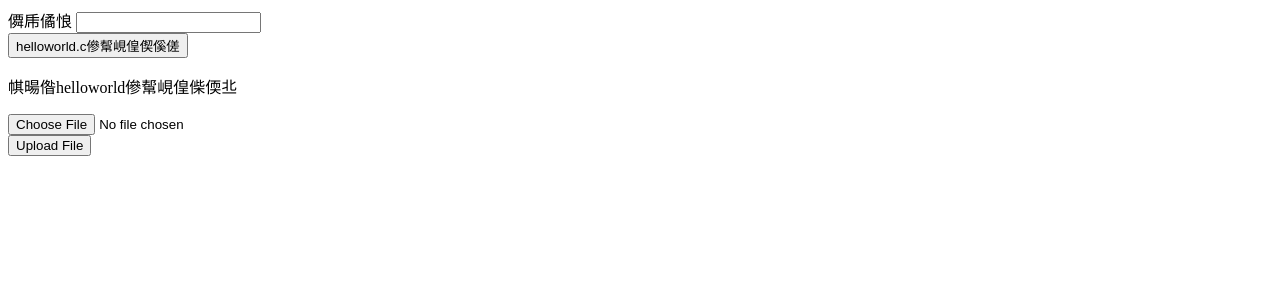
Repository: orakaro/GraduationProject
Page: Eclipse Workplace/DatabaseConnect/Login form.html
An editor plug-in stored every save of this project. The page is shown before and after the next save, followed by the edit.
The browser window is 1280 px wide. The pictures show the whole page.

Above is the page before, as saved 2010-07-16 06:45:03.

### Eclipse Workplace/DatabaseConnect/Login form.html
<html>
<head>
</head>
<body>
		<form name="form1" action="http://localhost:8080/DatabaseConnect/servlets/sori" method="POST">
		僲乕僪悢
			<input type="text" name="nodeNum">
			<br>
			<input type="submit" value="helloworld.c傪幚峴偟偰傒傞">
		</form>
<p>帺暘偺helloworld傪幚峴偟偨偄丠</p>
		<form action="http://localhost:8080/DatabaseConnect/servlets/FileUploaded" enctype="multipart/form-data" method="POST">
			<input type="file" name="file1"><br>
			<input type="Submit" value="Upload File"><br>
		</form>
</body>
</html>

After the next save:
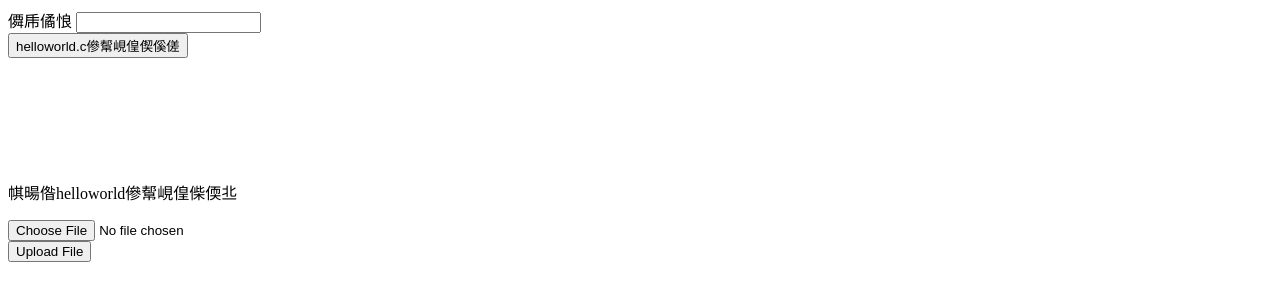
Saved 7 min 8 s later.
--- a/Eclipse Workplace/DatabaseConnect/Login form.html
+++ b/Eclipse Workplace/DatabaseConnect/Login form.html
@@ -8,6 +8,7 @@
 			<br>
 			<input type="submit" value="helloworld.c傪幚峴偟偰傒傞">
 		</form>
+<br><br><br><br><br>
 <p>帺暘偺helloworld傪幚峴偟偨偄丠</p>
 		<form action="http://localhost:8080/DatabaseConnect/servlets/FileUploaded" enctype="multipart/form-data" method="POST">
 			<input type="file" name="file1"><br>
